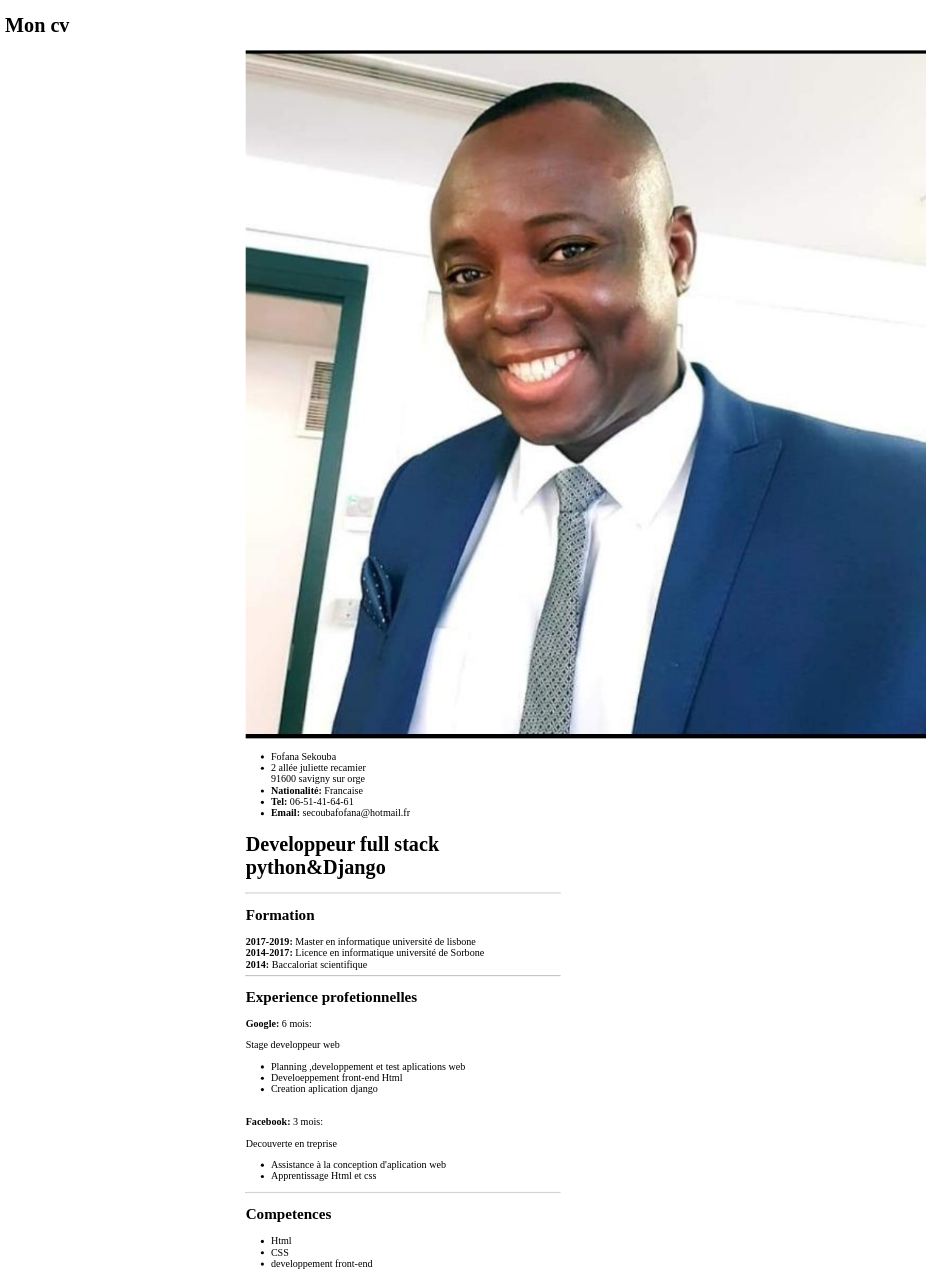
Repository: lamdakara/cv-html
Page: index.html
These files come from the project's save history. The page is drawn as it stood at one moment and after the next save; the edit follows.
The browser window is 1280 px wide. The page is 1470 px wide, so the pictures cover 1470 px, including what lies to the right of the window. The pictures show the whole page, at 63% of full size.
Some web libraries are served in a nearby version.

Above is the page before, as saved 2023-08-26 13:02:12.

### index.html
<!DOCTYPE html>
<html lang="fr">
<head>
    <meta charset="UTF-8">
    <meta name="viewport" content="width=device-width, initial-scale=1.0">
    <title>Cv-html-Sekouba</title>
    <link rel="stylesheet" href="/css/style.css">
    <script src="https://kit.fontawesome.com/30d425bcaa.js" crossorigin="anonymous"></script>
</head>
<body>
    <h1>Mon cv</h1>
    <div class="contenue">
    <div>
        <img src="profil.jpg/1661794008238.jpg" alt="image de profil">
    <ul>
        <li>Fofana Sekouba</li>
        <li>2 allée juliette recamier <br>91600 savigny sur orge </li>
        <li><strong>Nationalité:</strong> Francaise</li>
        <li><strong>Tel:</strong> 06-51-41-64-61</li>
        <li><strong>Email:</strong> secoubafofana@hotmail.fr</li>
    </ul>
</div>
    <!-- titre h1 -->
    <h1>Developpeur full stack  <br> python&Django</h1>

    <hr>
    <div>
    <h2>Formation</h2>
    <strong>2017-2019:</strong>
    <span>Master en informatique université de lisbone</span>

    <br>

    <strong>2014-2017:</strong>
    <span>Licence en informatique université de Sorbone</span>

    <br>

    <strong>2014:</strong>
    <span>Baccaloriat scientifique</span>

    </div>
    <div>
    <hr>
    <div>
    <h2>Experience profetionnelles</h2>
    <strong>Google:</strong>
    <span>6 mois:</span>
    <p>Stage developpeur web</p>
    <ul>
        <li>Planning ,developpement et test aplications web</li>
        <li>Develoeppement front-end Html</li>
        <li>Creation aplication django</li>
    </ul>
    <br>

    </div>

    <strong>Facebook:</strong>
    <span>3 mois:</span>
    <p>Decouverte en treprise</p>
    <ul>
        <li>Assistance à la conception d'aplication web</li>
        <li>Apprentissage Html et css </li>

    </ul>

 <div>
    <hr>

    <h2>Competences</h2>
    <ul>
        <li>Html</li>
        <li>CSS</li>
        <li>developpement front-end</li>
    </ul>
</div>
</div>
</body>
</html>

### css/style.css
.contenue{
    width: 500px;
    margin: 0 auto;
}
.lliste-details{

}
.cv-section

After the next save:
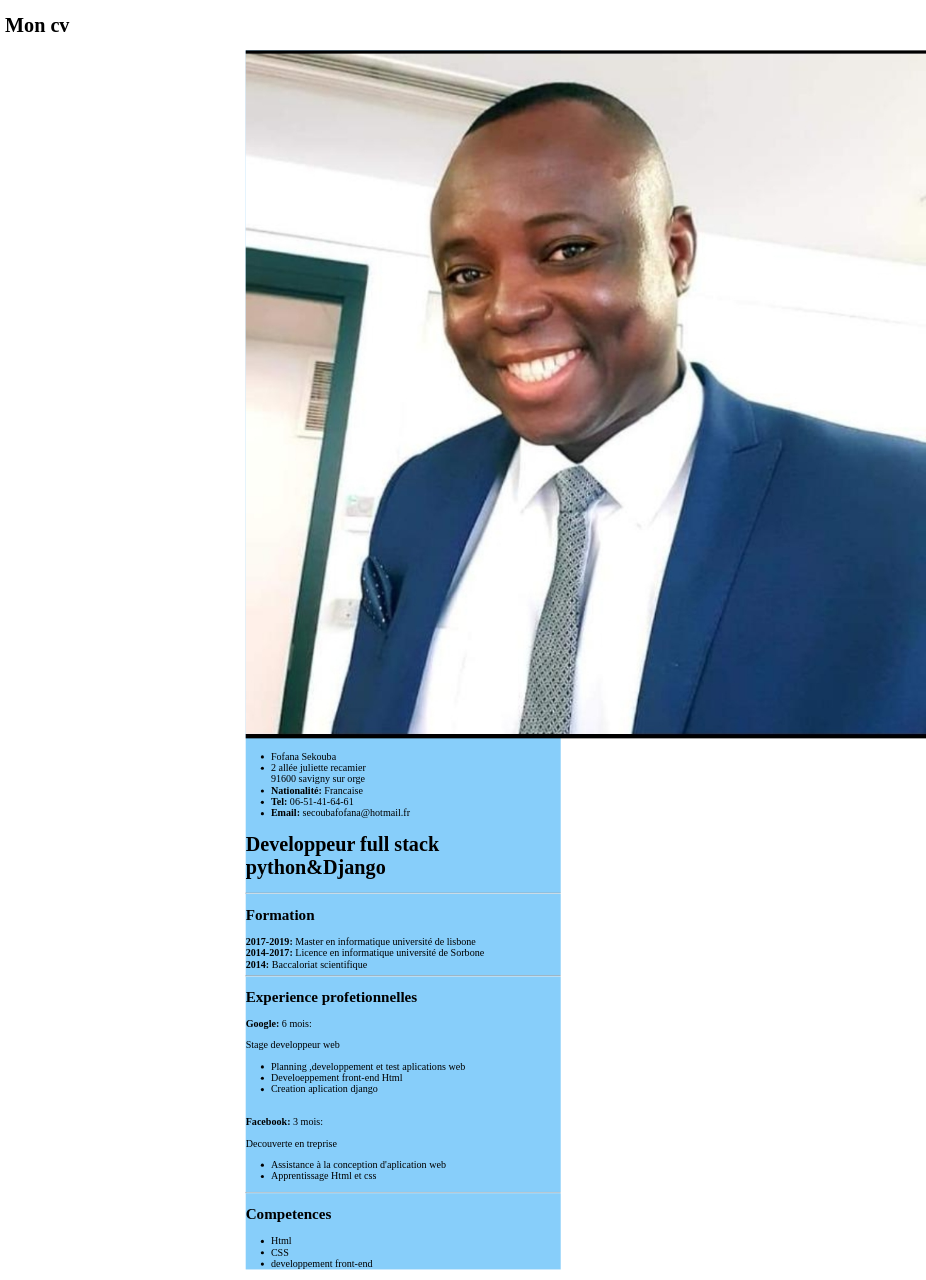
Saved 4 min 4 s later.
--- a/css/style.css
+++ b/css/style.css
@@ -1,6 +1,7 @@
 .contenue{
     width: 500px;
-    margin: 0 auto;
+    margin: 10px auto;
+    background-color: lightskyblue;
 }
 .lliste-details{
 
